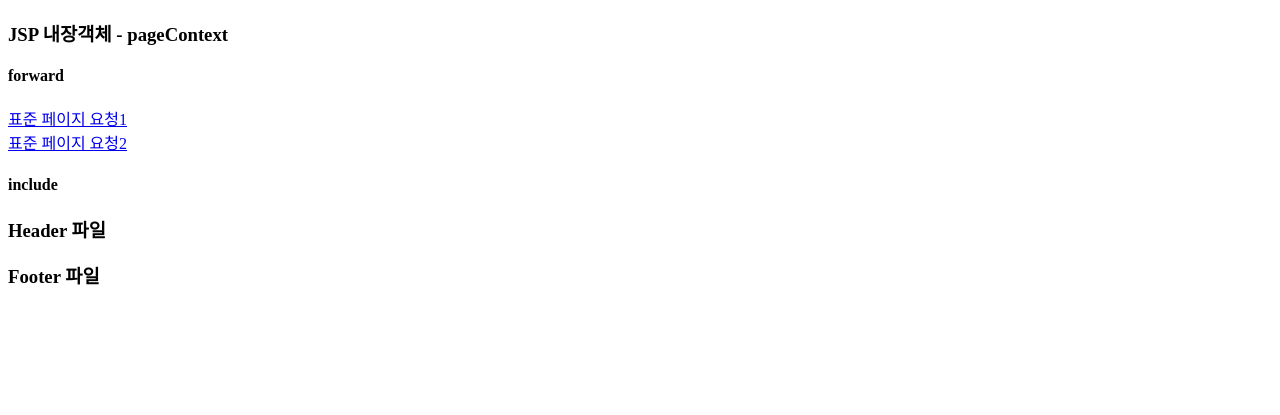
Repository: 2017112847/Jsp
Page: http://localhost/ch03/3_pageContext.jsp
These files come from the project's save history. The page is drawn as it stood at one moment and after the next save; the edit follows.
The browser window is 1280 px wide. The pictures show the whole page.
The page is served by Tomcat 9.

Above is the page before, as saved 2025-07-28 06:46:12.

### ch03/src/main/webapp/3_pageContext.jsp
<%@ page language="java" contentType="text/html; charset=UTF-8"
    pageEncoding="UTF-8"%>
<!DOCTYPE html>
<html>
<head>
<meta charset="UTF-8">
<title>JSP 내장객체 - pageContext</title>
</head>
<body>
	<h3>JSP 내장객체 - pageContext</h3>
	<h4>forward</h4>
		<a href = "./proc/forward1.jsp">표준 페이지 요청1</a></br>
		<a href = "./proc/forward2.jsp">표준 페이지 요청2</a>


	<h4>include</h4>
		<%
		pageContext.include("./inc/_header.jsp");
		pageContext.include("./inc/_footer.jsp");

		%>

</body>
</html>

### ch03/src/main/webapp/inc/_header.jsp
<%@ page language="java" contentType="text/html; charset=UTF-8"
    pageEncoding="UTF-8"%>
<header>
	<h3>Header 파일</h3>

</header>

### ch03/src/main/webapp/inc/_footer.jsp
<%@ page language="java" contentType="text/html; charset=UTF-8"
    pageEncoding="UTF-8"%>
<footer>
	<h3>Footer 파일</h3>

</footer>

After the next save:
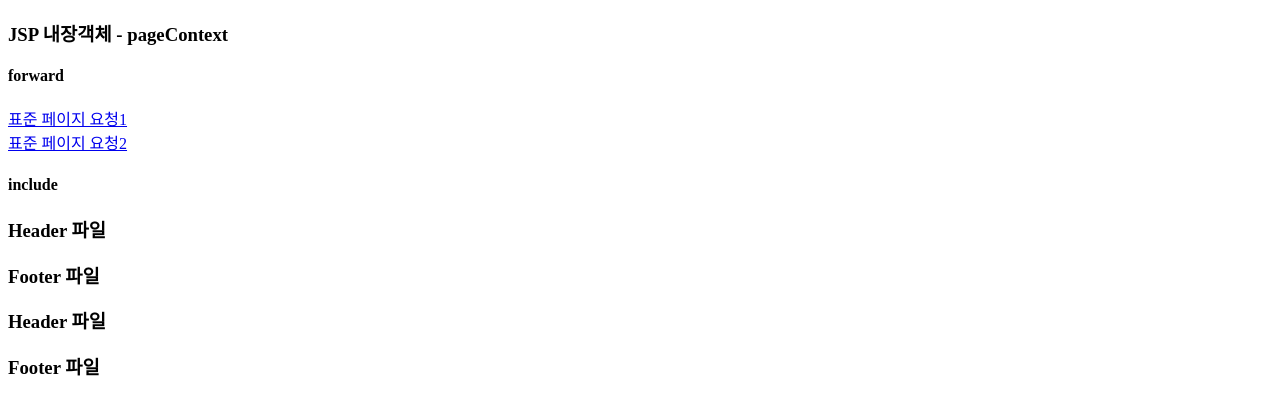
Saved 44 s later.
--- a/ch03/src/main/webapp/3_pageContext.jsp
+++ b/ch03/src/main/webapp/3_pageContext.jsp
@@ -19,6 +19,8 @@
 		pageContext.include("./inc/_footer.jsp");
 
 		%>
+		<%@ include file = "./inc/_header.jsp"%>
+		<%@ include file = "./inc/_footer.jsp"%>
 
 </body>
 </html>
